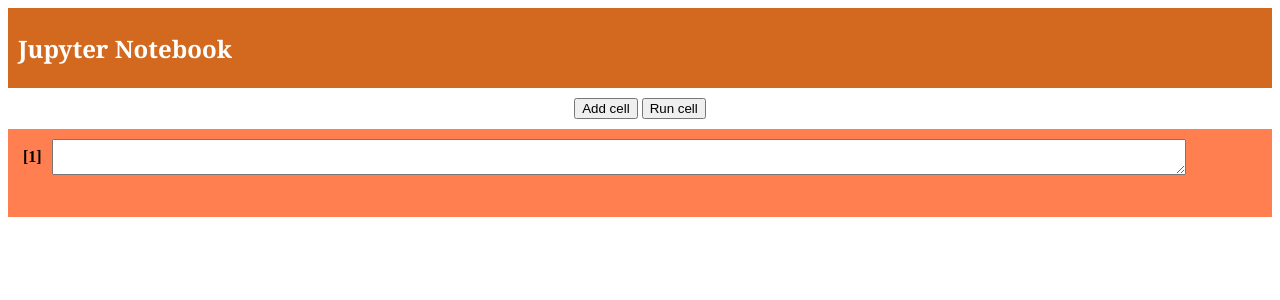
Repository: lingzi-liu/jupyter_notebook_prototype
Page: http://localhost/
An editor plug-in stored every save of this project. The page is shown before and after the next save, followed by the edit.
The browser window is 1280 px wide. The pictures show the whole page.
The page is served by the project's application, run on Flask 3 (app.py).

Above is the page before, as saved 2022-11-13 02:57:30.

After the next save:
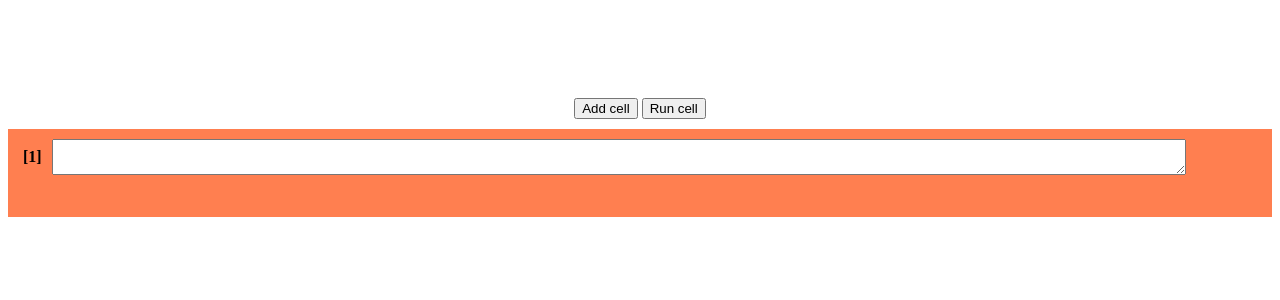
Saved 86 s later.
--- a/static/styles/style.css
+++ b/static/styles/style.css
@@ -1,6 +1,6 @@
 #nav {
   height: 80px;
-  background-color: chocolate;
+  background: color rgb(228, 127, 58);
   font-weight: bold;
   display: flex;
   align-items: center;

After the 5 saves that followed:
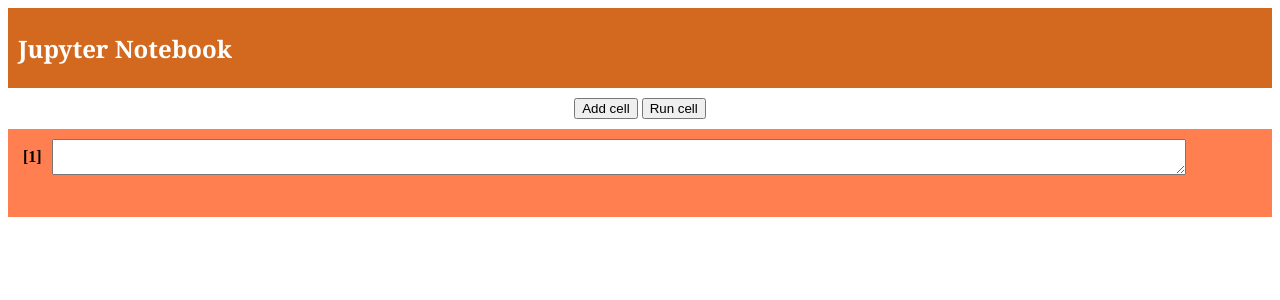
The 5 saves are shown as one change because 4 left the picture as it was.
The last was saved 113 s later.
--- a/static/styles/style.css
+++ b/static/styles/style.css
@@ -1,6 +1,6 @@
 #nav {
   height: 80px;
-  background: color rgb(228, 127, 58);
+  background-color: chocolate;
   font-weight: bold;
   display: flex;
   align-items: center;
